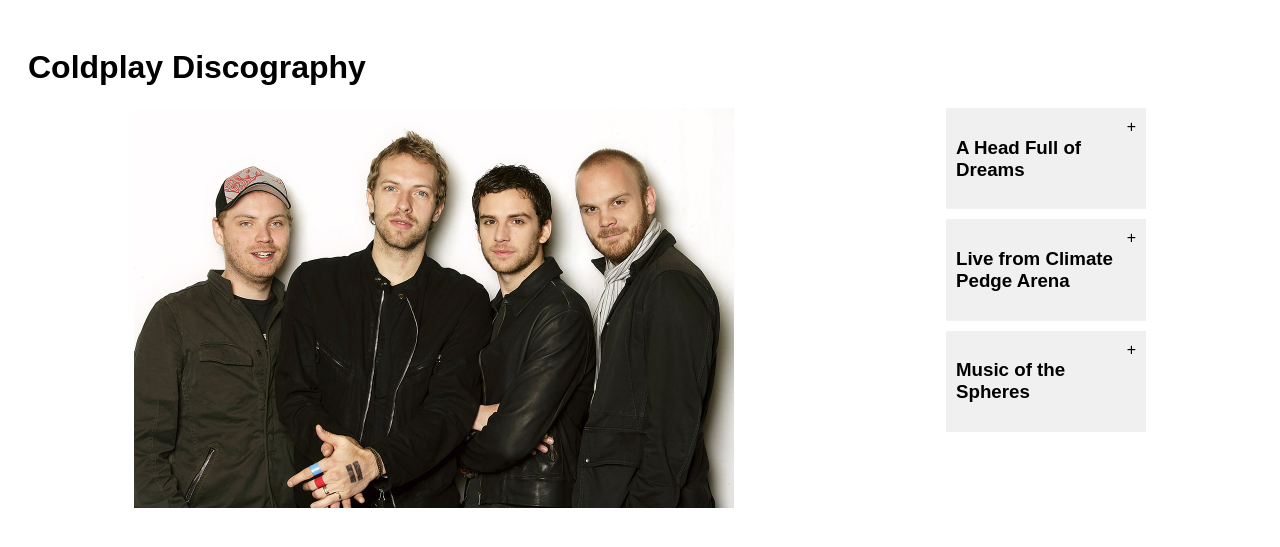
Repository: MelissaJacobi/Frontend-lab-1
Page: /
These files come from the project's save history. The page is drawn as it stood at one moment and after the next save; the edit follows.
The browser window is 1280 px wide. The pictures show the whole page.
The project was rebuilt for these pictures with package versions that can differ from the ones it lists, and the page was loaded fresh each time. Also part of the build but not shown: vite.config.js.

Above is the page before, as saved 2024-09-11 20:01:24.

After the next save:
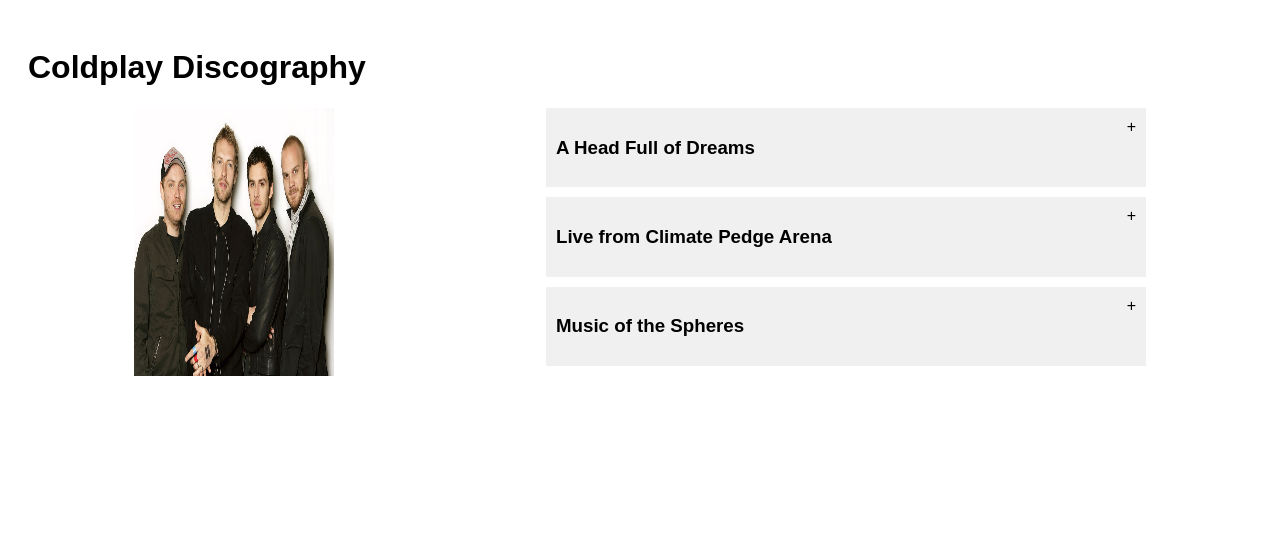
Saved 13 s later.
--- a/src/index.css
+++ b/src/index.css
@@ -4,13 +4,13 @@
 }
 
 .accordion {
-  width: 200px;
+  width: 100%;
+  max-width: 600px;
   margin: 0 auto;
 }
 
 .band-img {
-  width: 600px;
-  height: 100%;
+  width: 200px;
   margin: 0 auto;
 }
 
